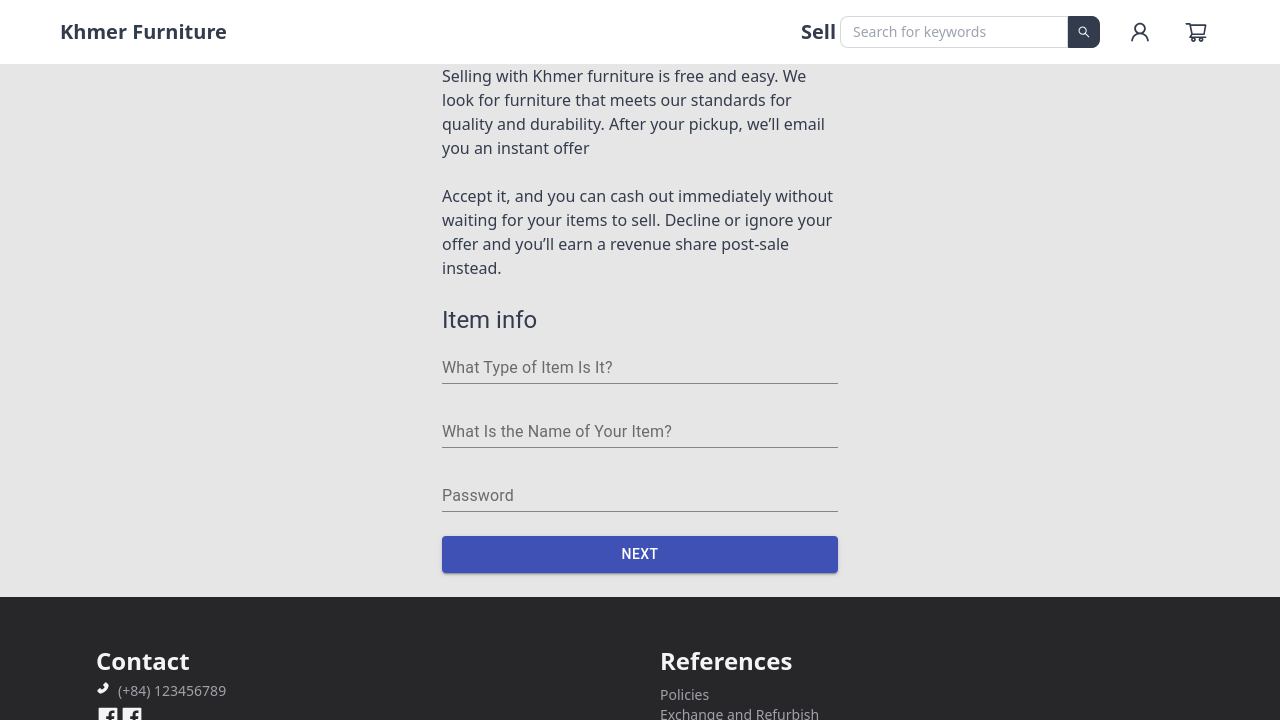
Repository: PlayerNguyen/dotot-shop
Page: /sell (app in client/)
The author's editor kept a copy of each file at every save. The page is drawn from the files as they stood at one save, then again after the next save.
The browser window is 1280 px wide. The pictures show the whole page.
An inner scrolling area shows only its first screen. The project was rebuilt for these pictures with package versions that can differ from the ones it lists, and the page was loaded fresh each time. Also part of the build but not shown: client/src/components/NoMatch/NoMatch.jsx, client/src/components/Sell/UserDetails.js, client/src/components/Sell/Confirmation.js, client/src/components/Sell/Success.js.

Above is the page before, as saved 2022-12-06 11:42:48.

After the next save:
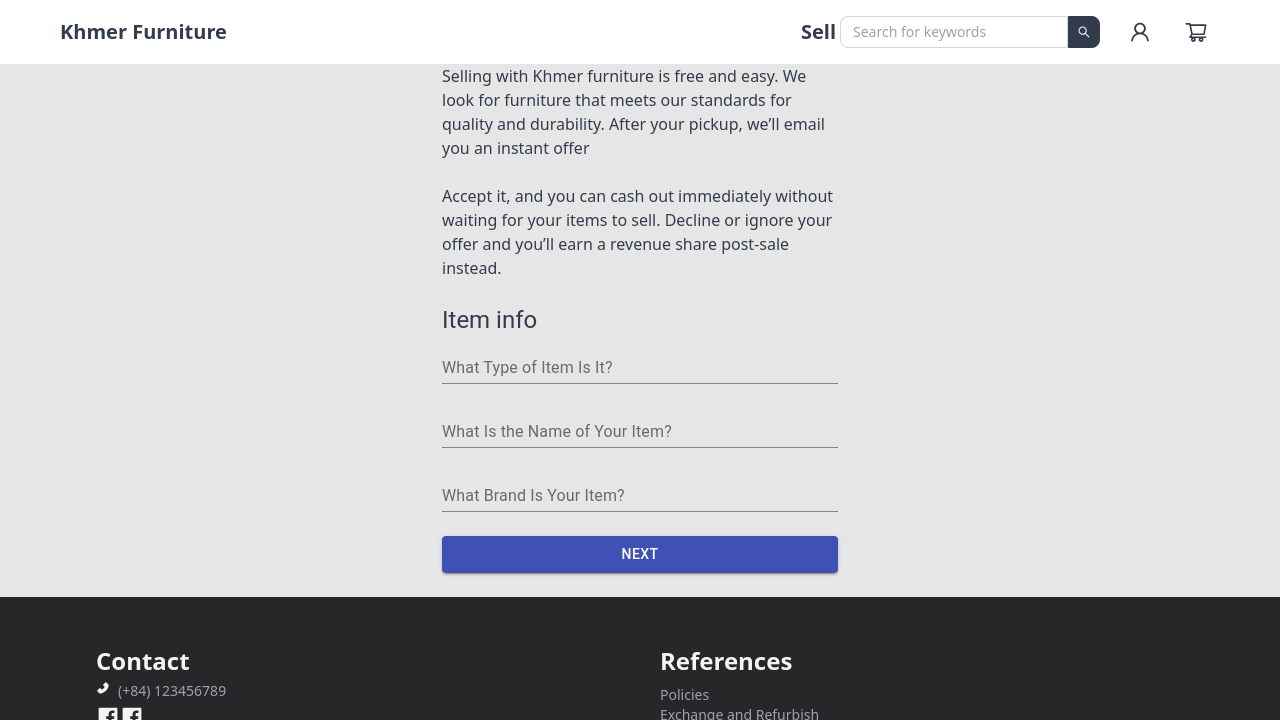
Saved 13 s later.
--- a/client/src/components/Sell/ProductDetails.js
+++ b/client/src/components/Sell/ProductDetails.js
@@ -54,14 +54,14 @@ const ProductDetails = ({ nextStep, handleChange, values }) => {
                 {/* Brand Name */}
                 <Grid item xs={12}>
                   <TextField
-                    placeholder="Password"
-                    label="Password"
-                    onChange={handleChange('password')}
-                    defaultValue={values.password}
+                    placeholder="Brand Name"
+                    label="What Brand Is Your Item? "
+                    onChange={handleChange('brandName')}
+                    defaultValue={values.brandName}
                     // variant="outlined"
                     // autoComplete="password"
                     fullWidth
-                    type="password"
+                    // type="password"
                   />
                 </Grid>
             </Grid>
